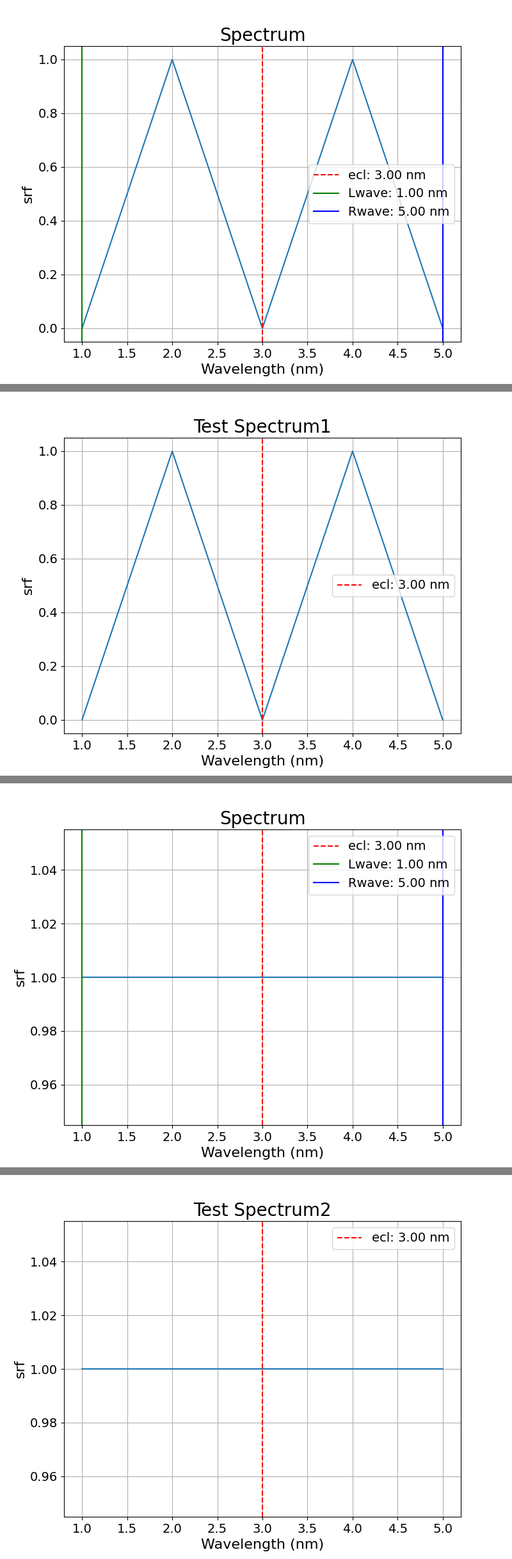
Repository: cyloveyou/cal_ecw
Script's output: python python/test_lib_ecl.py
These files come from the project's save history. The script's output is drawn as it stood at one moment and after the next save; the edit follows.
The pictures are shown at 64% of full size.
Each picture stacks the figures in order, with grey between them; figures that are only written to a file come last. Random numbers start from a fixed seed.

Above is the script's output before, as saved 2025-09-23 17:31:19.

### python/test_lib_ecl.py
#!/usr/bin/env python3
# -*- coding: utf-8 -*-
# @Time    :2025/09/22 22:50:21
# @Author  :小 y 同 学
# @公众号   :小y只会写bug
# @CSDN    :https://blog.csdn.net/weixin_64989228?type=blog
# @Discript:

from lib_ecl import *
import numpy as np


def test_cal_ecl1():
    # 测试数据1
    wave = np.array([1, 2, 3, 4, 5])
    amp = np.array([0, 1, 0, 1, 0])
    ecl = cal_ecl(wave, amp)
    plot_spectrum(wave, amp, title="Test Spectrum1", ecl=ecl)


def test_cal_ecl2():
    # 测试数据2
    wave = np.array([1, 2, 3, 4, 5])
    amp = np.array([1, 1, 1, 1, 1])
    ecl = cal_ecl(wave, amp)
    plot_spectrum(wave, amp, title="Test Spectrum2", ecl=ecl)


if __name__ == "__main__":
    test_cal_ecl1()
    test_cal_ecl2()

### python/lib_ecl.py
#!/usr/bin/env python3
# -*- coding: utf-8 -*-
# @Time    :2025/09/22 20:36:15
# @Author  :小 y 同 学
# @公众号   :小y只会写bug
# @CSDN    :https://blog.csdn.net/weixin_64989228?type=blog
# @Discript:读取光谱响应函数，计算等效中心波长

import numpy as np
import pandas as pd
from matplotlib import pyplot as plt

# =====>2025/09/22 21:51:48 设置全局字体大小 <=====
# 标题
plt.rcParams["axes.titlesize"] = 20
# x轴标签
plt.rcParams["axes.labelsize"] = 16
# 刻度标签
plt.rcParams["xtick.labelsize"] = 14
plt.rcParams["ytick.labelsize"] = 14
# 图例
plt.rcParams["legend.fontsize"] = 14


# =====>2025/09/22 20:49:27 从xls文件中读取光谱响应函数 <=====
def read_spec_from_xls(file_path, sheet_name=0):
    df = pd.read_excel(file_path, sheet_name=sheet_name, header=1)
    wave = df.iloc[:, 0].values
    amp = df.iloc[:, 1].values
    return wave, amp


# =====>2025/09/22 20:49:08 绘制光谱响应函数图像 <=====
def plot_spectrum(
    wave, amp, title="Spectrum", ecl=None, lwave=None, rwave=None, save_path=None
):
    xlabel = "Wavelength (nm)"
    ylabel = "srf"

    plt.figure(figsize=(8, 6))
    plt.plot(wave, amp)
    plt.title(title)
    plt.xlabel(xlabel)
    plt.ylabel(ylabel)
    plt.grid()

    if ecl:
        plt.axvline(x=ecl, color="r", linestyle="--", label=f"ecl: {ecl:.2f} nm")
        plt.legend()
    if lwave:
        plt.axvline(x=lwave, color="g", linestyle="-", label=f"Lwave: {lwave:.2f} nm")
        plt.legend()
    if rwave:
        plt.axvline(x=rwave, color="b", linestyle="-", label=f"Rwave: {rwave:.2f} nm")
        plt.legend()
    if save_path:
        plt.savefig(save_path, dpi=600, bbox_inches="tight")
    else:
        plt.show()


# =====>2025/09/22 21:06:15 计算等效中心频率 <=====
def cal_ecl(wave, amp):
    # 计算全部积分
    sum_amp = np.trapz(amp, x=wave)
    sum_amp_2 = sum_amp / 2

    # 二分法 迭代求解积分中点
    tmp_amp = -1
    lwave = wave[0]
    rwave = wave[-1]
    tmp_wave = (lwave + rwave) / 2
    while True:
        # 计算当前频率下的积分
        tmp_amp = np.trapz(amp[wave <= tmp_wave], x=wave[wave <= tmp_wave])

        plot_spectrum(
            wave,
            amp,
            title="Spectrum",
            ecl=tmp_wave,
            lwave=lwave,
            rwave=rwave,
            save_path=f"pic/ecl_{tmp_wave:.2f}.png",
        )
        # 判断是否达到目标积分
        if abs(tmp_amp - sum_amp_2) < 1:
            break
        # 如果当前积分小于目标积分，向右移动
        elif tmp_amp < sum_amp_2:
            lwave = tmp_wave
            tmp_wave = (tmp_wave + rwave) / 2
        # 否则向左移动
        else:
            rwave = tmp_wave
            tmp_wave = (lwave + tmp_wave) / 2

    ecl = tmp_wave
    return ecl

After the next save:
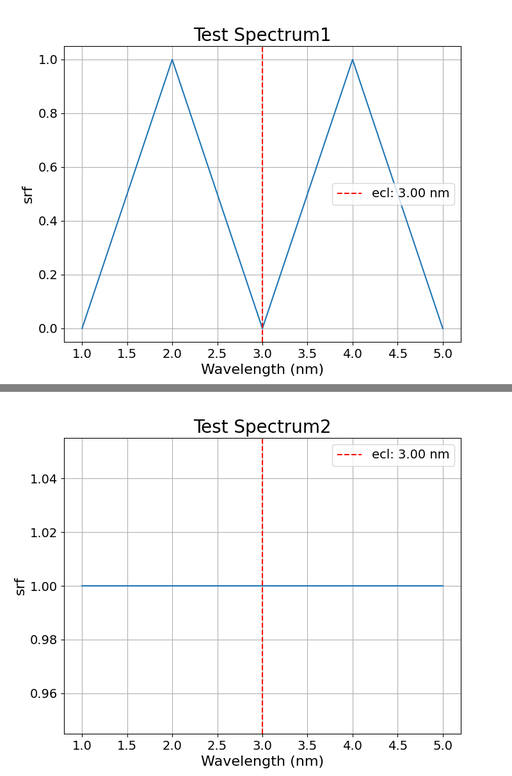
Saved 116 s later.
--- a/python/lib_ecl.py
+++ b/python/lib_ecl.py
@@ -74,15 +74,15 @@ def cal_ecl(wave, amp):
         # 计算当前频率下的积分
         tmp_amp = np.trapz(amp[wave <= tmp_wave], x=wave[wave <= tmp_wave])
 
-        plot_spectrum(
-            wave,
-            amp,
-            title="Spectrum",
-            ecl=tmp_wave,
-            lwave=lwave,
-            rwave=rwave,
-            save_path=f"pic/ecl_{tmp_wave:.2f}.png",
-        )
+        # plot_spectrum(
+        #     wave,
+        #     amp,
+        #     title="Spectrum",
+        #     ecl=tmp_wave,
+        #     lwave=lwave,
+        #     rwave=rwave,
+        #     save_path=f"pic/ecl_{tmp_wave:.2f}.png",
+        # )
         # 判断是否达到目标积分
         if abs(tmp_amp - sum_amp_2) < 1:
             break
